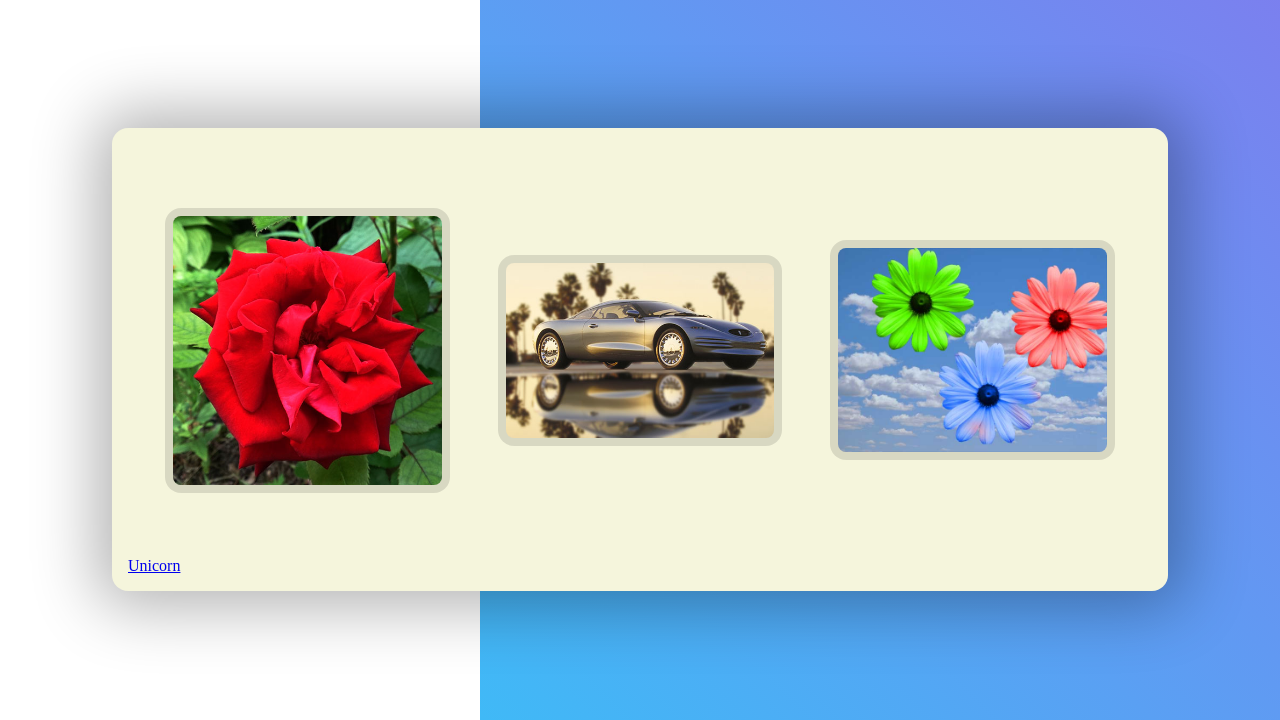
Repository: ViggoSkj/VGY
Page: ovningar/photoshopovning/photoshopovning.html
These files come from the project's save history. The page is drawn as it stood at one moment and after the next save; the edit follows.
The browser window is 1280 px wide. The pictures show the whole page.

Above is the page before, as saved 2022-11-27 12:18:31.

After the next save:
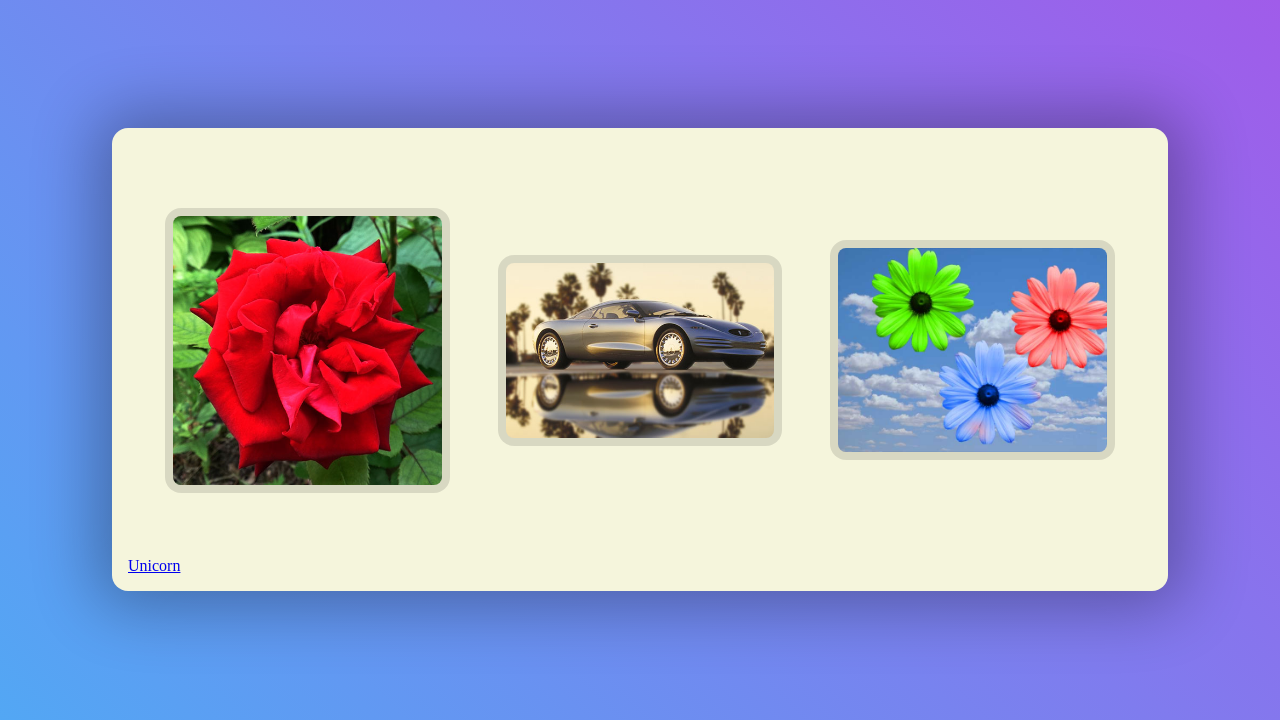
Saved 7 s later.
--- a/ovningar/photoshopovning/public/css/style.css
+++ b/ovningar/photoshopovning/public/css/style.css
@@ -12,8 +12,8 @@ body
 
 @keyframes rotating
 {
-    from {background-position-x: 10em;}
-    to {background-position-x: 30em;}
+    from {background-position-x: -10em;}
+    to {background-position-x: -30em;}
 }
 
 .container
